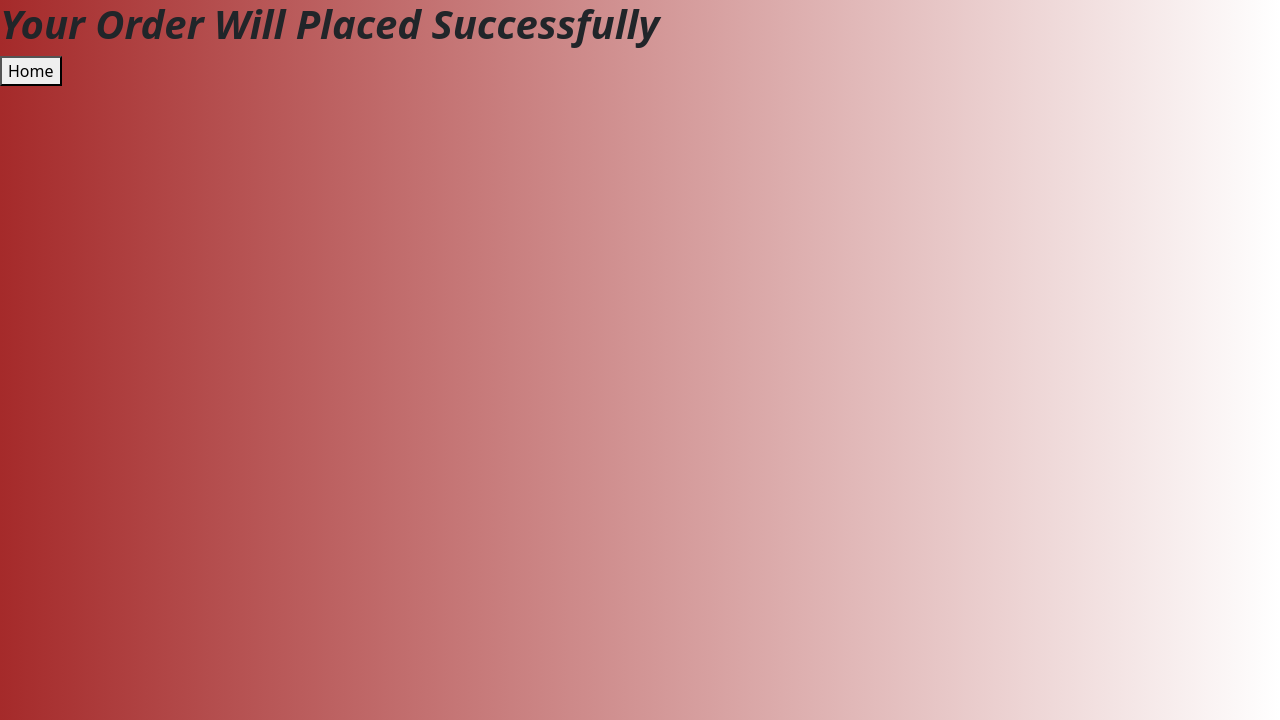
Repository: selvakumar46/Project-Maven
Page: http://localhost/ProjectKFC/OrderConfirm.jsp
The author's editor kept a copy of each file at every save. The page is drawn from the files as they stood at one save, then again after the next save.
The browser window is 1280 px wide. The pictures show the whole page.
The page is served by Tomcat 9. Nobody is signed in. The application's start-up code is not run.

Above is the page before, as saved 2022-01-21 01:56:31.

After the next save:
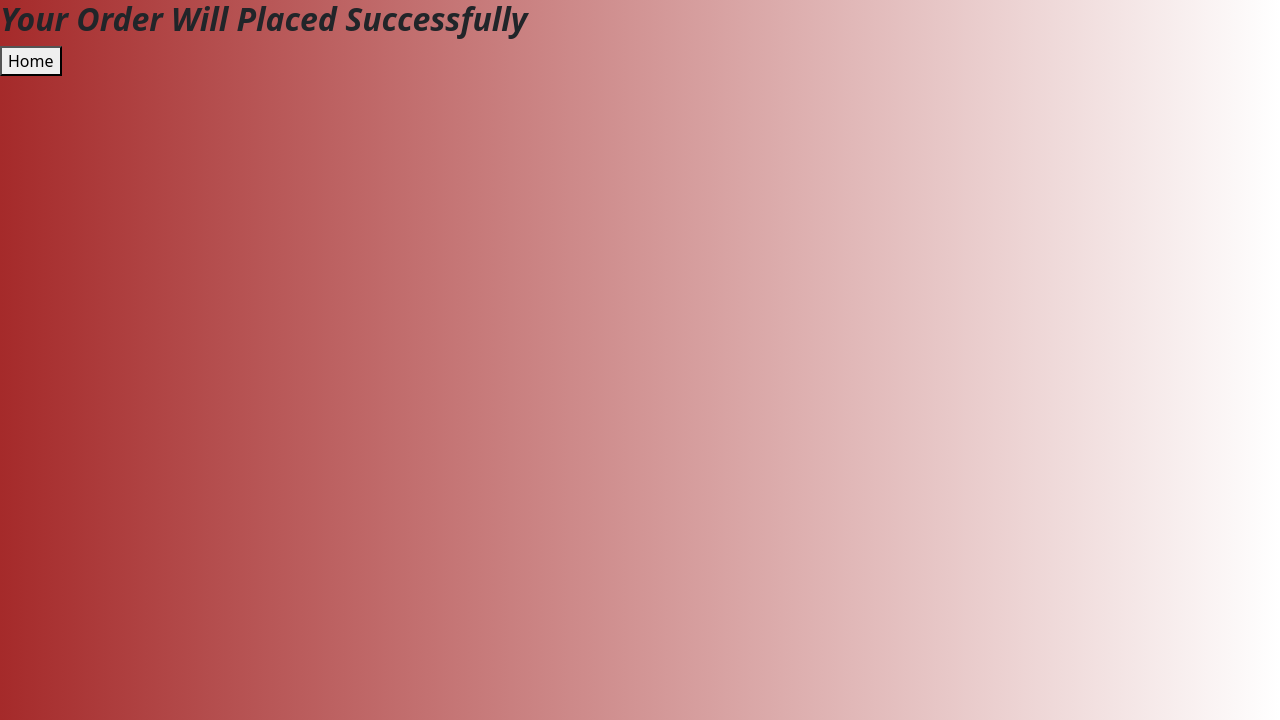
Saved 13 s later.
--- a/ProjectKFC/src/main/webapp/OrderConfirm.jsp
+++ b/ProjectKFC/src/main/webapp/OrderConfirm.jsp
@@ -31,7 +31,7 @@
 <body>
 	<form action="mainPage.jsp">
 		<div>
-			<h1><b><i>Your Order Will Placed Successfully</i></b></h1>
+			<h2><b><i>Your Order Will Placed Successfully</i></b></h2>
 			<button type="Submit" class="">Home</button>
 		</div>
 	</form>
